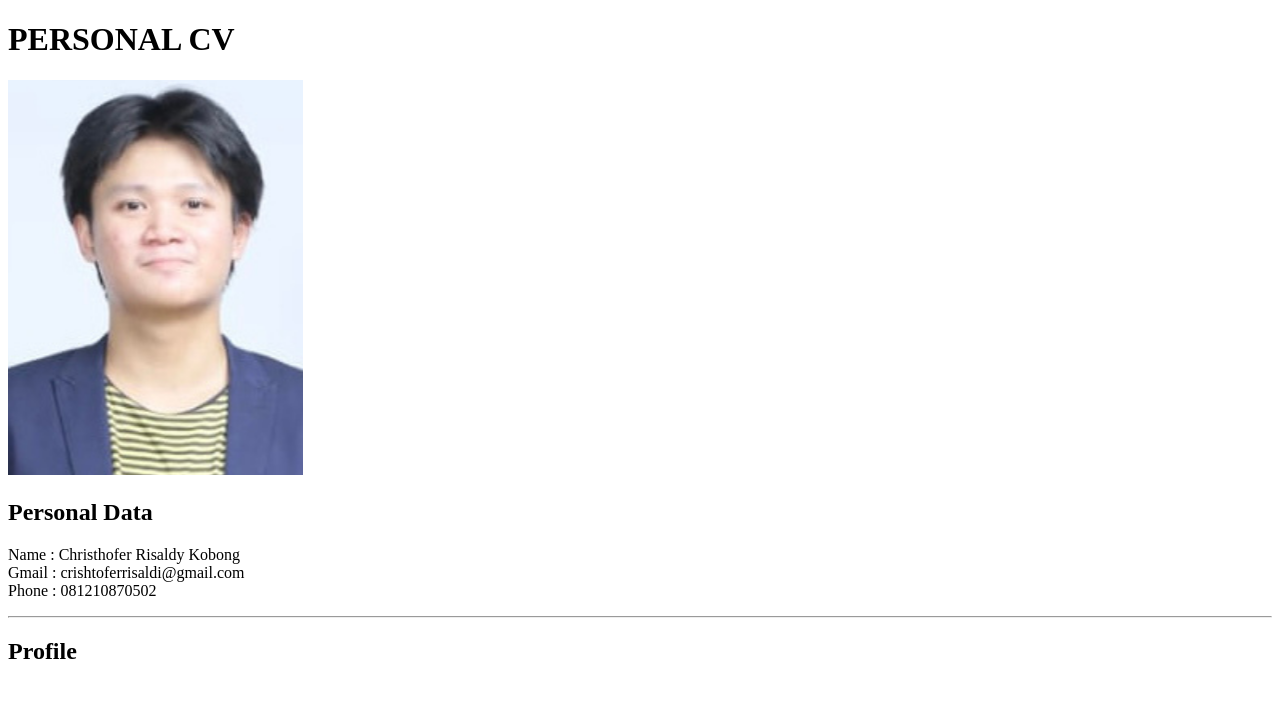
Repository: ChristhoferRisaldy/CVWeb
Page: web.html
These files come from the project's save history. The page is drawn as it stood at one moment and after the next save; the edit follows.
The browser window is 1280 px wide. The pictures show the whole page.

Above is the page before, as saved 2025-02-21 21:03:58.

### web.html
<!DOCTYPE html>
<html>
    <head>
        <meta name="viewport" content="width=device-width, inital-scale=1">
    </head>
    <body>
        <h1>PERSONAL CV</h1>
        <img src="1.png">
        <h2><b>Personal Data</b></h3>
        <p>
            Name : Christhofer Risaldy Kobong<br>
            Gmail : crishtoferrisaldi@gmail.com<br>
            Phone : 081210870502
        </p>
        <hr>
        <h2>Profile</h2>
</html>

After the next save:
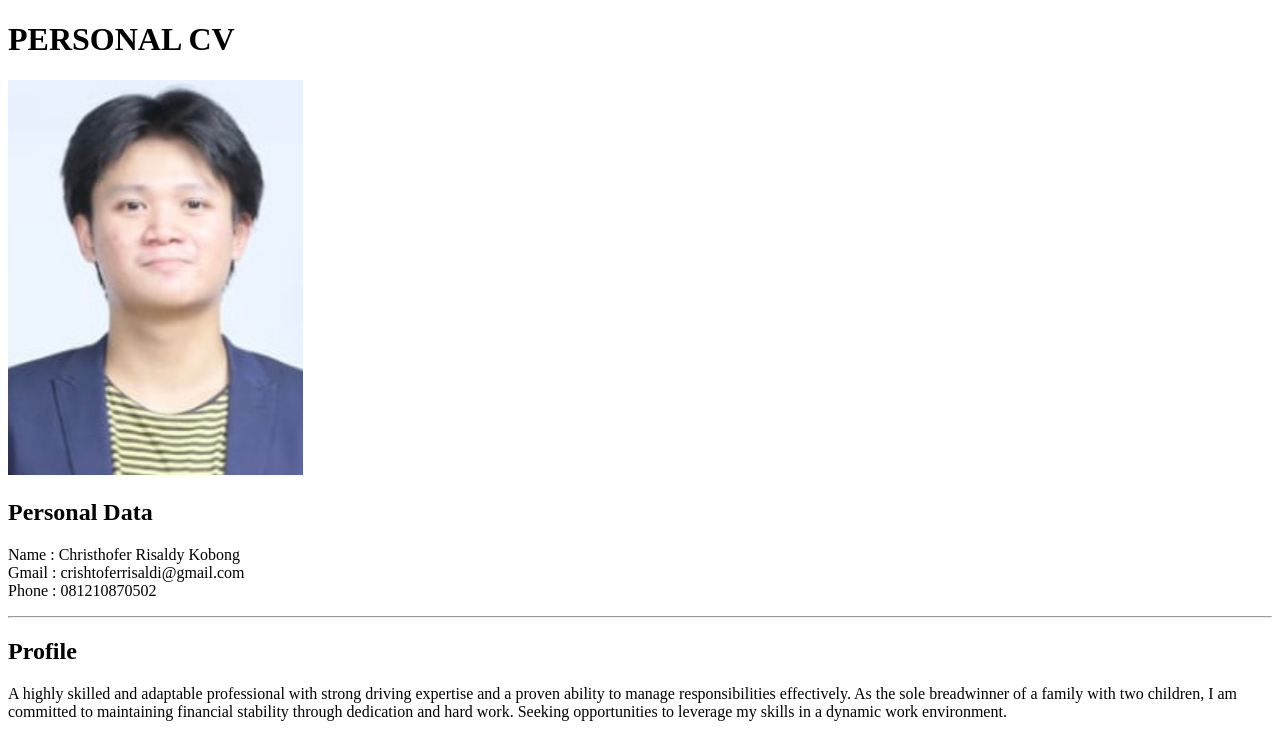
Saved 101 s later.
--- a/web.html
+++ b/web.html
@@ -14,4 +14,5 @@
         </p>
         <hr>
         <h2>Profile</h2>
+        <p>A highly skilled and adaptable professional with strong driving expertise and a proven ability to manage responsibilities effectively. As the sole breadwinner of a family with two children, I am committed to maintaining financial stability through dedication and hard work. Seeking opportunities to leverage my skills in a dynamic work environment.</p>
 </html>
